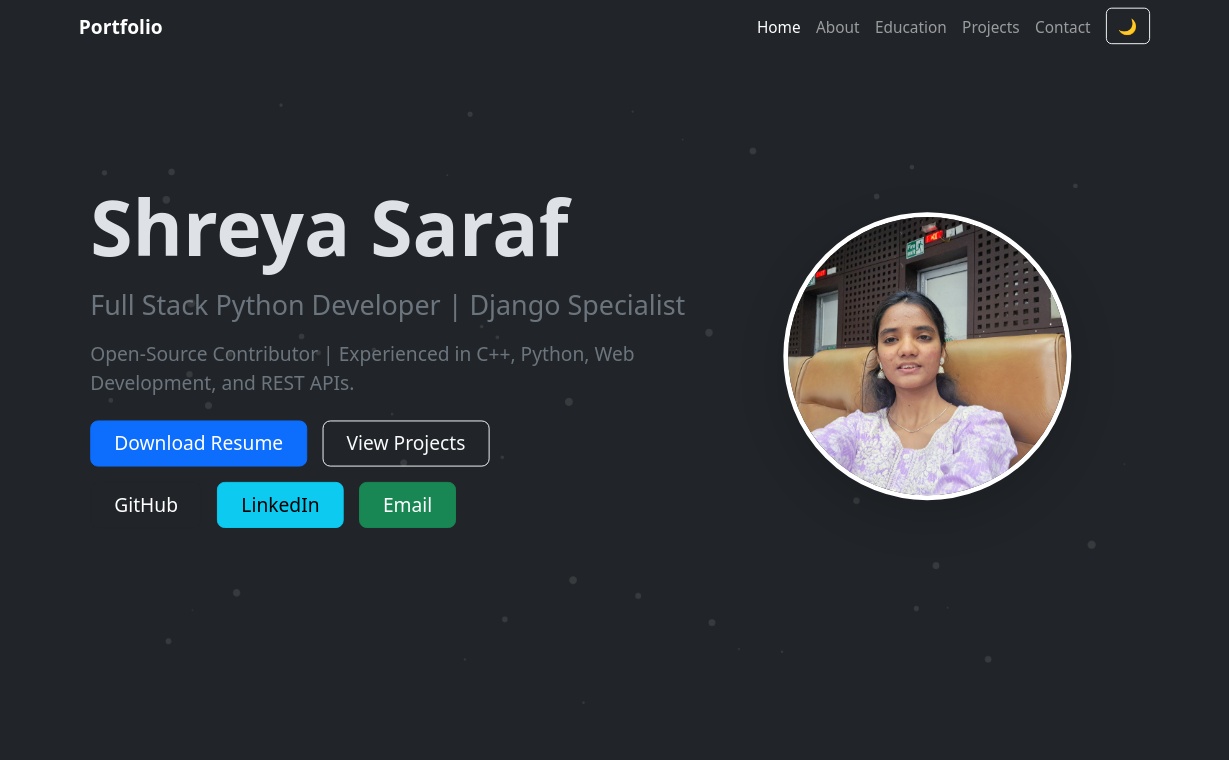
Repository: Shreyasaraf01/shreya-portfolio
Page: http://localhost/
These files come from the project's save history. The page is drawn as it stood at one moment and after the next save; the edit follows.
The browser window is 1280 px wide. The pictures show the whole page, at 96% of full size.
The page is served by the project's application, run on Django 5.2 (manage.py).

Above is the page before, as saved 2025-09-13 23:10:36.

After the next save:
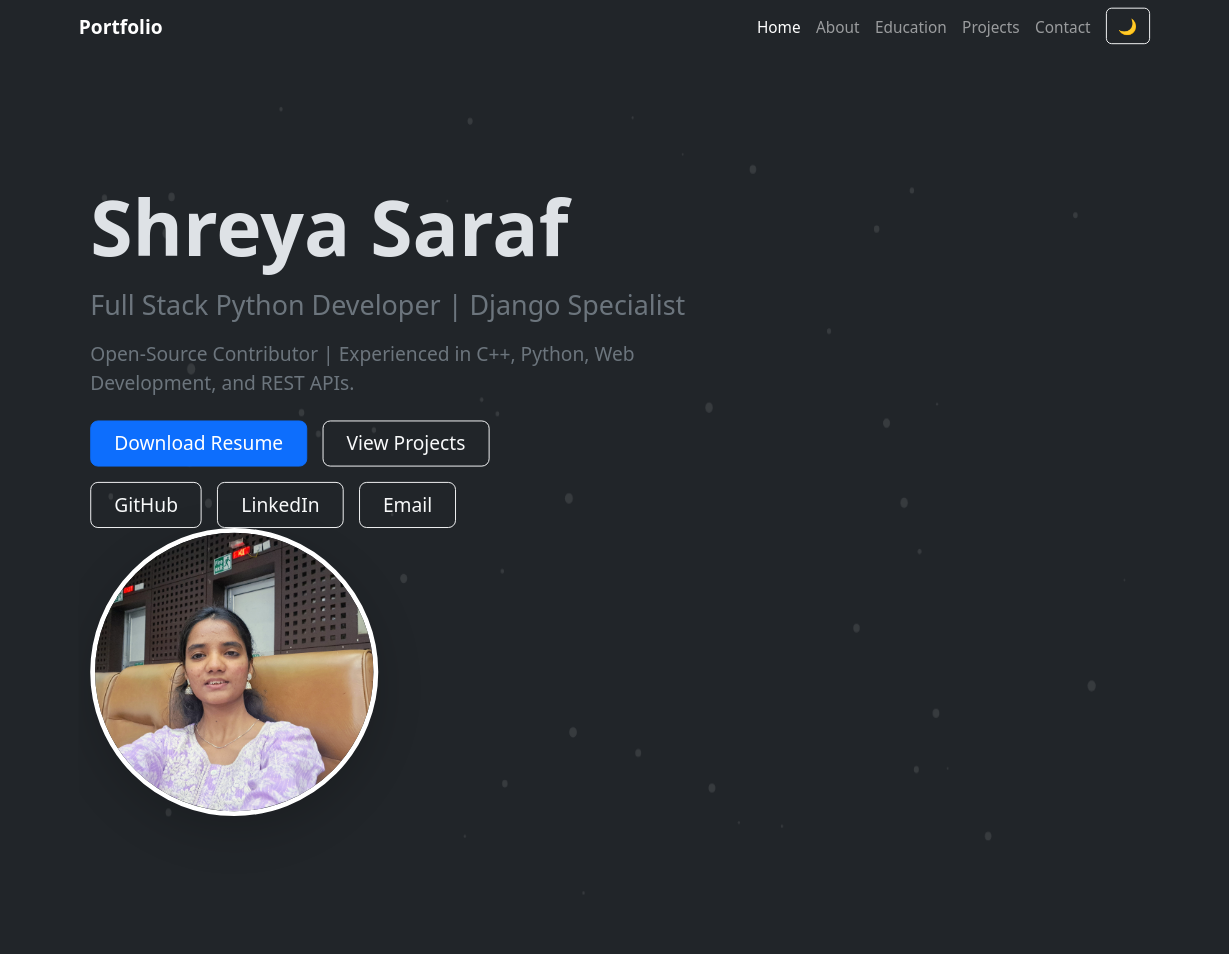
Saved 81 s later.
--- a/main/templates/main/index.html
+++ b/main/templates/main/index.html
@@ -21,18 +21,18 @@
         </p>
 
         <!-- Call-to-action Buttons -->
-        <div class="d-flex gap-3 justify-content-center justify-content-md-start mt-3">
-          <a href="{% static 'files/Shreya_Saraf_Resume.pdf' %}" target="_blank" class="btn btn-primary btn-lg px-4">Download Resume</a>
-          <a href="/projects/" class="btn btn-outline-light btn-lg px-4">View Projects</a>
-        </div>
+<div class="d-flex gap-3 justify-content-center justify-content-md-start mt-3 flex-wrap">
+  <a href="{% static 'files/Shreya_Saraf_Resume.pdf' %}" target="_blank" class="btn btn-primary btn-lg px-4">Download Resume</a>
+  <a href="/projects/" class="btn btn-outline-light btn-lg px-4">View Projects</a>
+</div>
 
-        <!-- Social Buttons -->
-        <div class="d-flex gap-3 justify-content-center justify-content-md-start mt-3">
-          <a href="https://github.com/Shreyasaraf01" target="_blank" class="btn btn-dark btn-lg px-4">GitHub</a>
-          <a href="https://linkedin.com/in/shreya-saraf-797440257" target="_blank" class="btn btn-info btn-lg px-4">LinkedIn</a>
-          <a href="mailto:shreyasaraf765@gmail.com" class="btn btn-success btn-lg px-4">Email</a>
-        </div>
-      </div>
+<!-- Social Buttons -->
+<div class="d-flex gap-3 justify-content-center justify-content-md-start mt-3 flex-wrap">
+  <a href="https://github.com/Shreyasaraf01" target="_blank" class="btn btn-outline-light btn-lg px-4">GitHub</a>
+  <a href="https://linkedin.com/in/shreya-saraf-797440257" target="_blank" class="btn btn-outline-light btn-lg px-4">LinkedIn</a>
+  <a href="mailto:shreyasaraf765@gmail.com" class="btn btn-outline-light btn-lg px-4">Email</a>
+</div>
+
 
       <!-- Profile Image -->
       <div class="col-md-5 text-center">

After the save that followed:
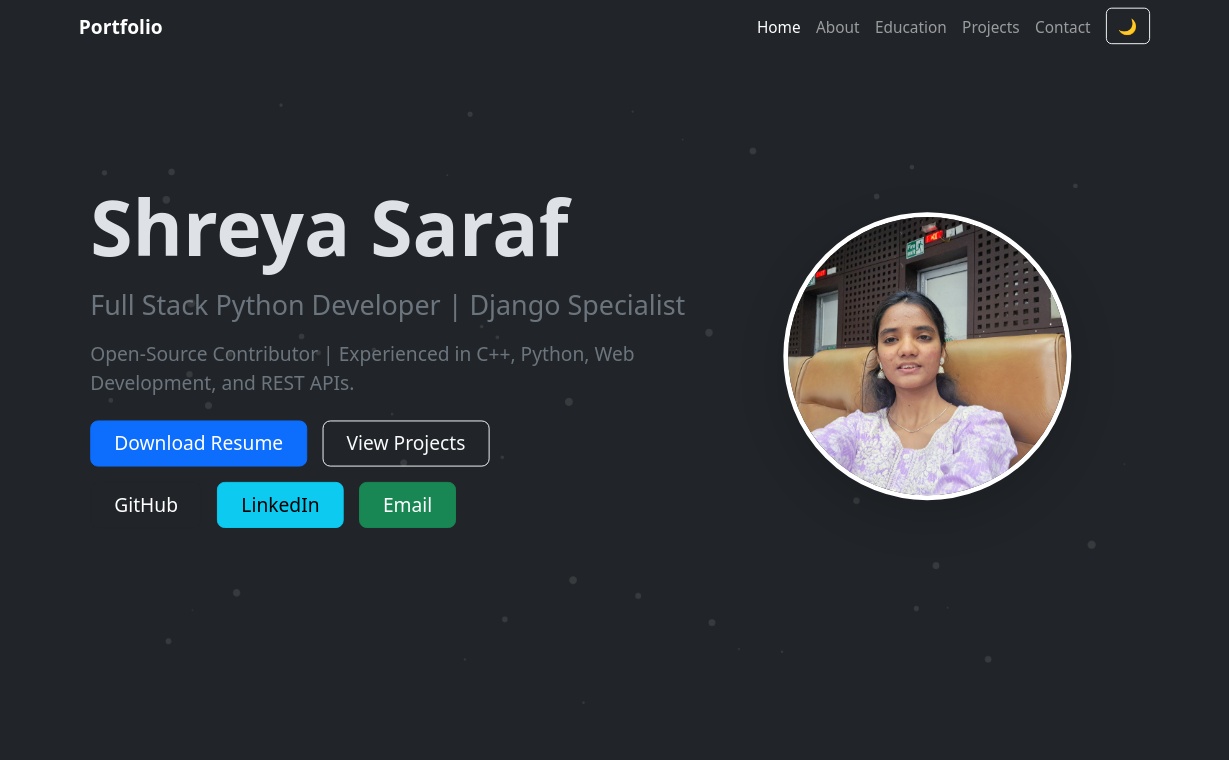
Saved 15 s later.
--- a/main/templates/main/index.html
+++ b/main/templates/main/index.html
@@ -21,18 +21,18 @@
         </p>
 
         <!-- Call-to-action Buttons -->
-<div class="d-flex gap-3 justify-content-center justify-content-md-start mt-3 flex-wrap">
-  <a href="{% static 'files/Shreya_Saraf_Resume.pdf' %}" target="_blank" class="btn btn-primary btn-lg px-4">Download Resume</a>
-  <a href="/projects/" class="btn btn-outline-light btn-lg px-4">View Projects</a>
-</div>
+        <div class="d-flex gap-3 justify-content-center justify-content-md-start mt-3">
+          <a href="{% static 'files/Shreya_Saraf_Resume.pdf' %}" target="_blank" class="btn btn-primary btn-lg px-4">Download Resume</a>
+          <a href="/projects/" class="btn btn-outline-light btn-lg px-4">View Projects</a>
+        </div>
 
-<!-- Social Buttons -->
-<div class="d-flex gap-3 justify-content-center justify-content-md-start mt-3 flex-wrap">
-  <a href="https://github.com/Shreyasaraf01" target="_blank" class="btn btn-outline-light btn-lg px-4">GitHub</a>
-  <a href="https://linkedin.com/in/shreya-saraf-797440257" target="_blank" class="btn btn-outline-light btn-lg px-4">LinkedIn</a>
-  <a href="mailto:shreyasaraf765@gmail.com" class="btn btn-outline-light btn-lg px-4">Email</a>
-</div>
-
+        <!-- Social Buttons -->
+        <div class="d-flex gap-3 justify-content-center justify-content-md-start mt-3">
+          <a href="https://github.com/Shreyasaraf01" target="_blank" class="btn btn-dark btn-lg px-4">GitHub</a>
+          <a href="https://linkedin.com/in/shreya-saraf-797440257" target="_blank" class="btn btn-info btn-lg px-4">LinkedIn</a>
+          <a href="mailto:shreyasaraf765@gmail.com" class="btn btn-success btn-lg px-4">Email</a>
+        </div>
+      </div>
 
       <!-- Profile Image -->
       <div class="col-md-5 text-center">
